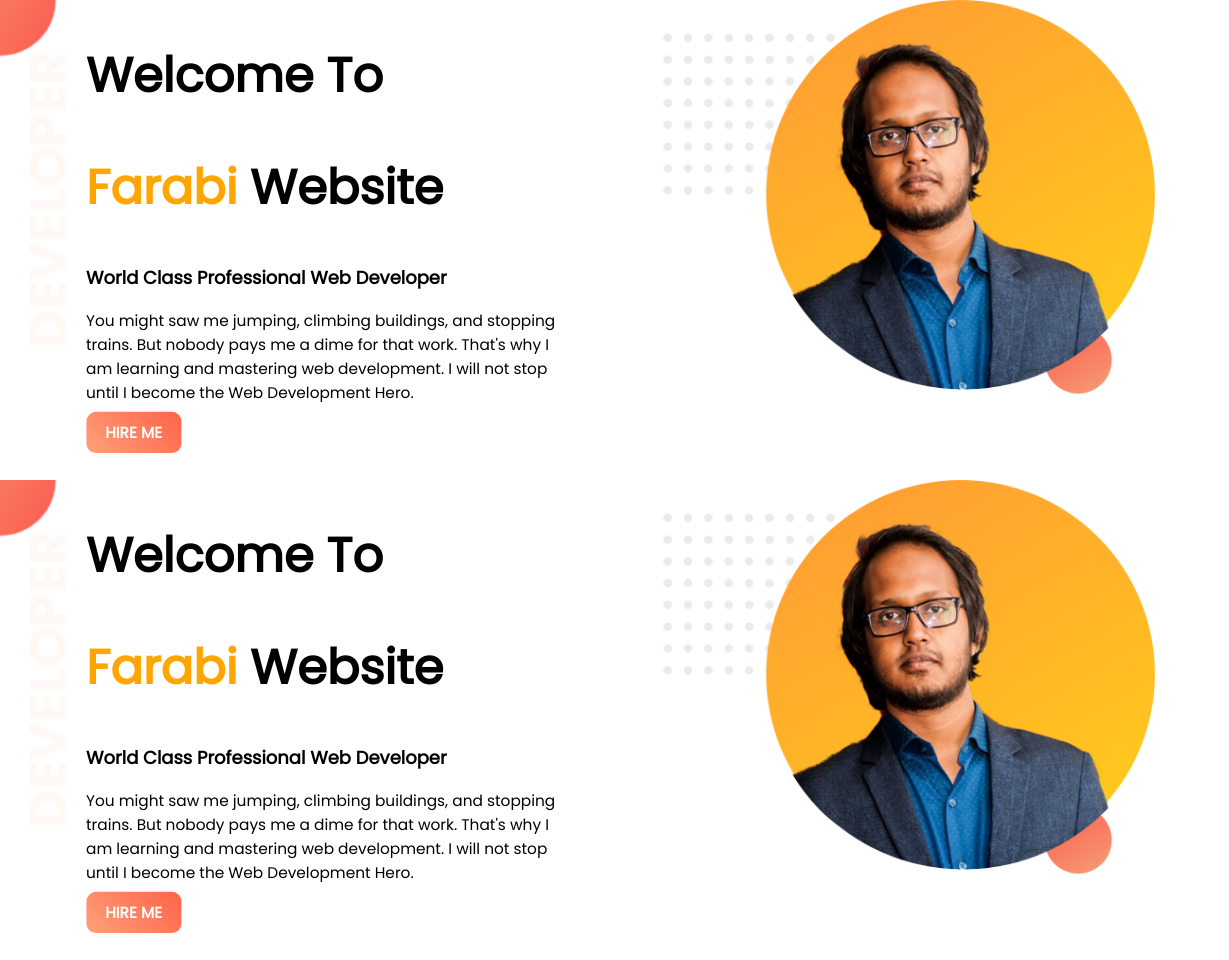
Repository: mohsinfarabi/web-portfolio
Page: index.html
These files come from the project's save history. The page is drawn as it stood at one moment and after the next save; the edit follows.
The browser window is 1280 px wide. The pictures show the whole page, at 96% of full size.

Above is the page before, as saved 2020-06-30 23:08:31.

After the next save:
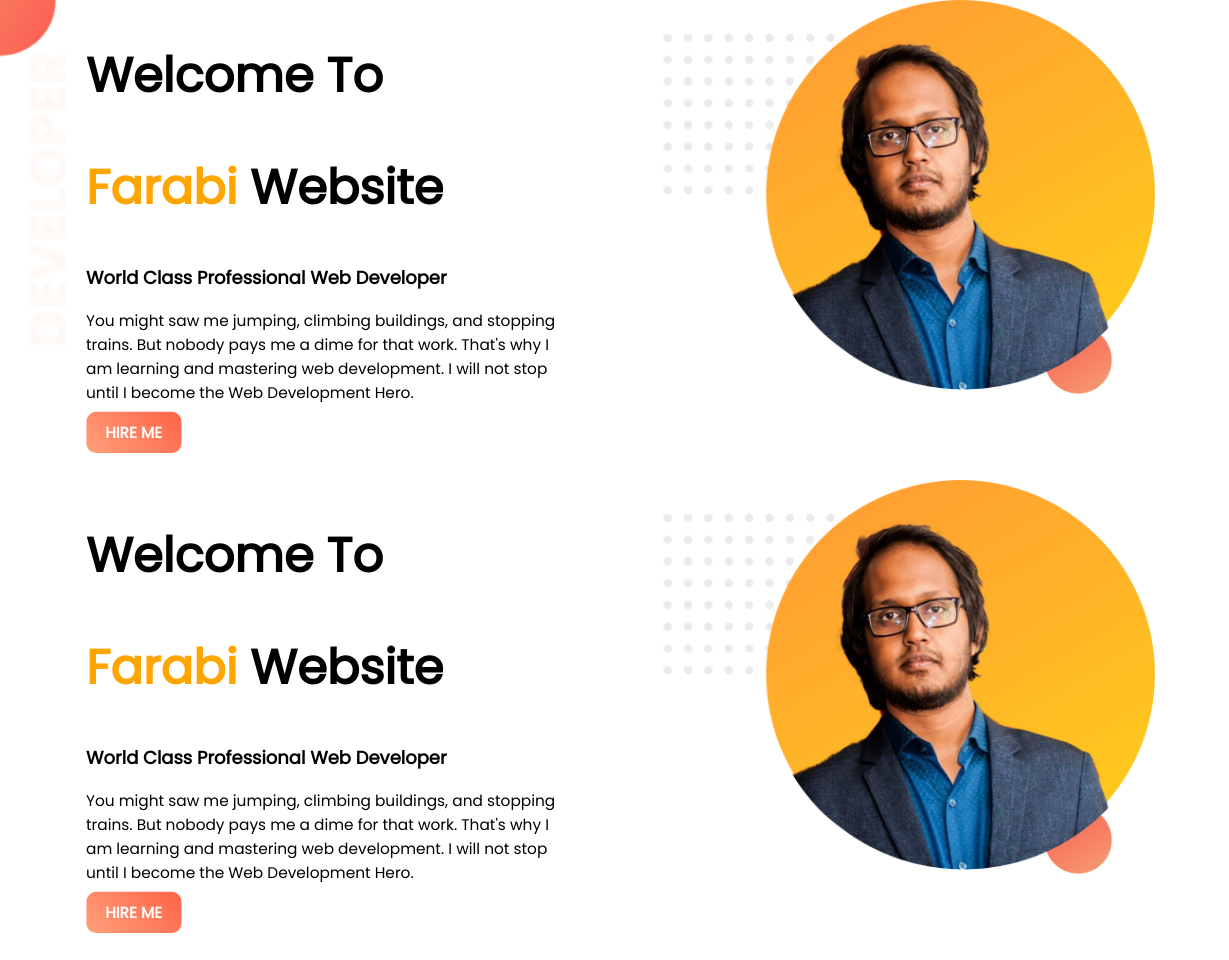
Saved 7 s later.
--- a/index.html
+++ b/index.html
@@ -22,7 +22,7 @@
             <img src="images/profile1.png" alt="">
         </div>
     </section>
-    <section class="dream-banner">
+    <section class="dream-area">
         <div class="half-width">
             <h1>Welcome To</h1>
             <h1><span class="name-highlight">Farabi</span> Website</h1>

After the save that followed:
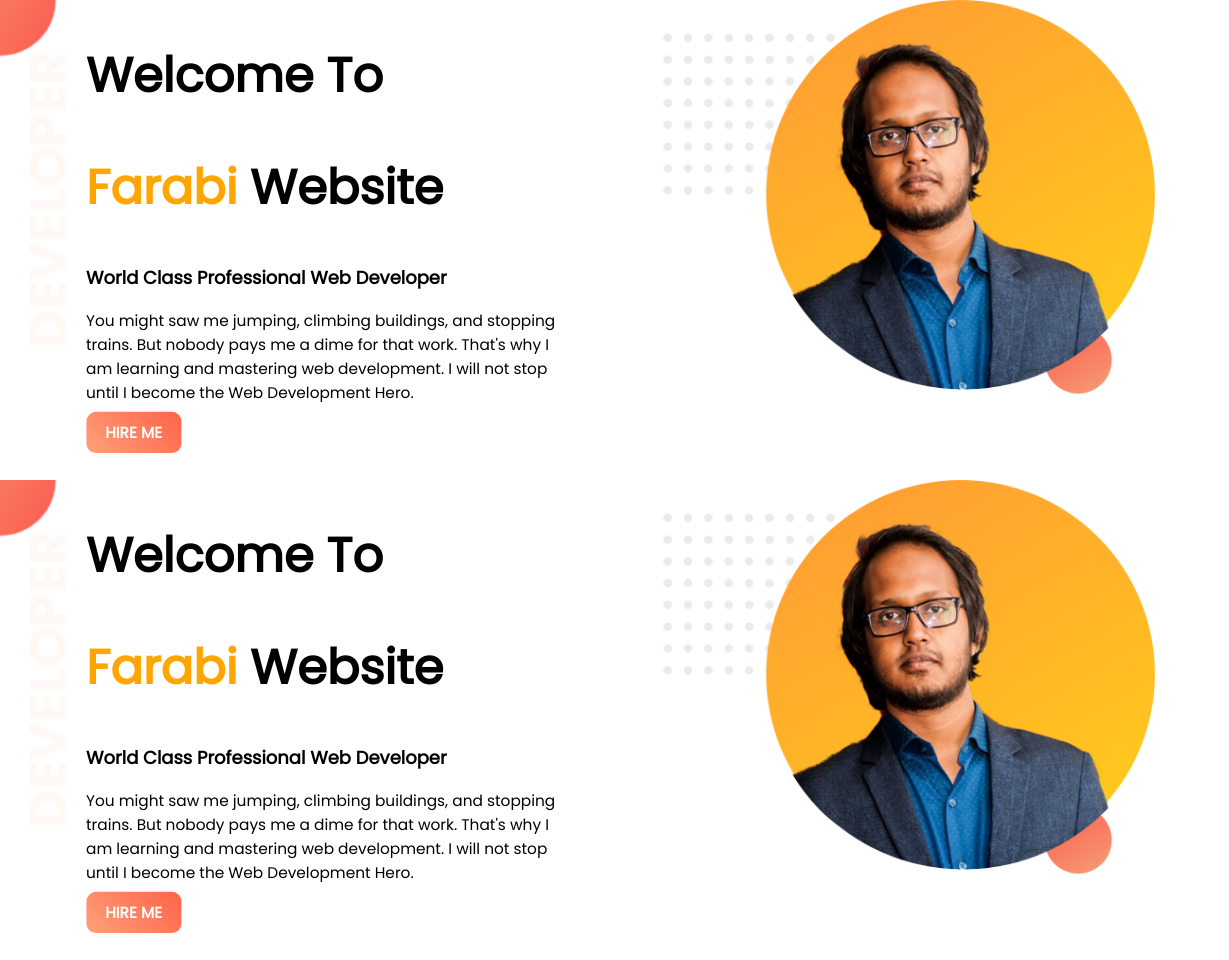
Saved 9 s later.
--- a/style.css
+++ b/style.css
@@ -27,7 +27,7 @@ h1 {
     background-repeat: no-repeat;
 }
 
-.dream-banner {
+.dream-area {
     background-image: url(images/top-banner.png);
     background-repeat: no-repeat;
 }
